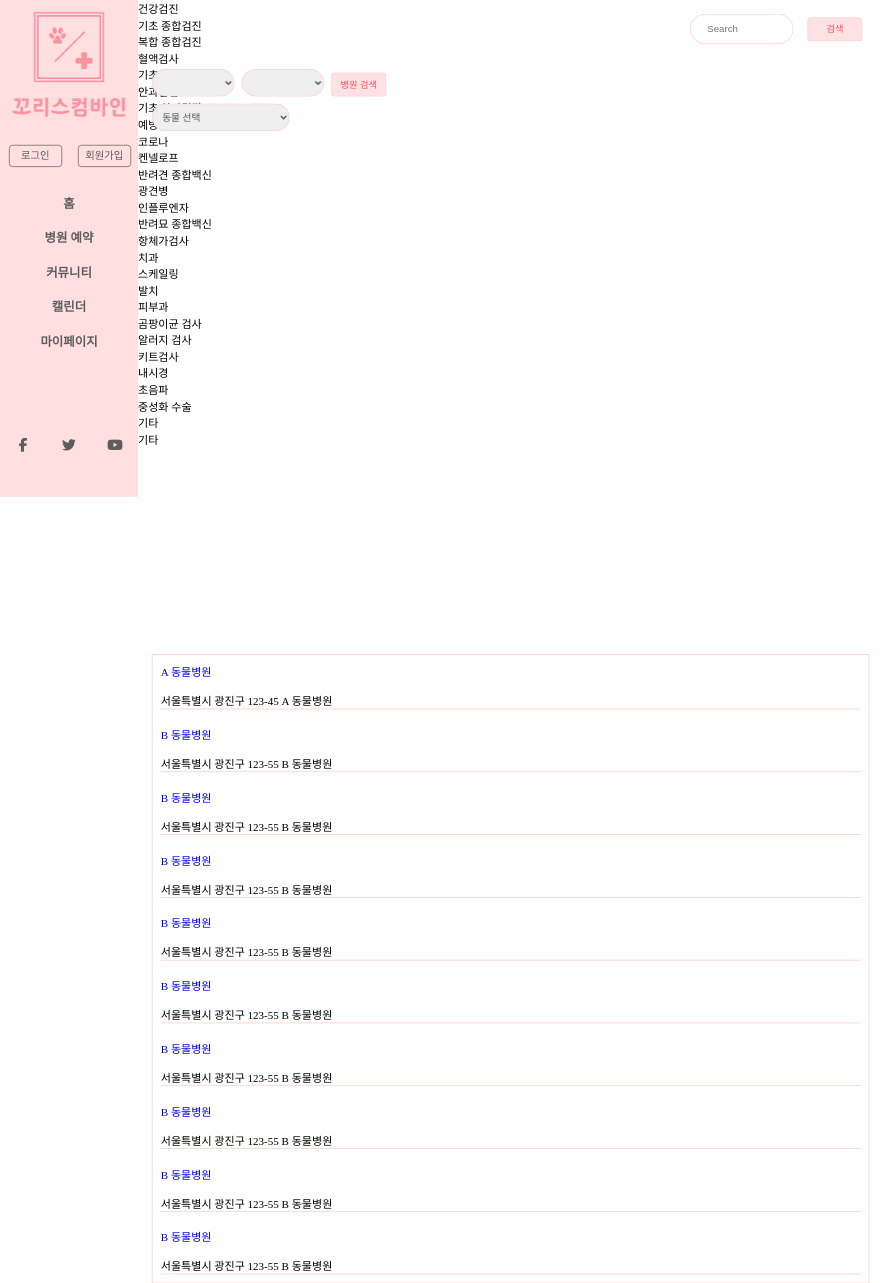
Repository: dodnam/kkoris
Page: http://localhost/1_kkoris/reservation1.jsp
These files come from the project's save history. The page is drawn as it stood at one moment and after the next save; the edit follows.
The browser window is 1280 px wide. The pictures show the whole page, at 69% of full size.
Some web libraries are served in a nearby version. The page is served by Tomcat 9.

Above is the page before, as saved 2020-02-17 01:57:58.
Console error: TypeError: Cannot read properties of undefined (reading 'options')

### 1_kkoris/WebContent/reservation1.jsp
<%@ page language="java" contentType="text/html; charset=UTF-8"
    pageEncoding="UTF-8"%>
<!DOCTYPE html>
<html>
<head>
<meta charset="UTF-8">
<title>Insert title here</title>
<link rel="stylesheet" type="text/css" href="<%= request.getContextPath() %>/css/index.css"/>
<style>
	.search_input{width: 150px; padding: 12px 24px; font-size: 14px; line-height: 18px; color: #575756; background-size: 18px 18px; border-radius: 50px; backface-visibility: hidden; border: 1px solid #ffc6c9;position: fixed; right:130px; top: 20px; outline:none;}
   .search_box1{line-height: 30px; text-align: center; background-color: #ffe3e4; color:#ff4e59;border: 1px solid #fcc6c9; border-radius: 5px; width: 80px; height: 35px;  position: fixed;right: 30px; top: 25px; outline:none;}
   	#city{width: 120px; padding: 10px; font-size: 14px; line-height: 18px; color: #575756;background-size: 18px 10px; border-radius: 50px; border: 1px solid #ffc6c9;position: fixed; top: 100px; left:220px; outline:none;}
   	#gugun{width: 120px; padding: 10px; font-size: 14px; line-height: 18px; color: #575756;background-size: 18px 10px; border-radius: 50px; border: 1px solid #ffc6c9;position: fixed; top: 100px; left: 350px; outline:none;}
   	.search_box2{line-height: 30px; text-align: center; background-color: #ffe3e4; color:#ff4e59;border: 1px solid #fcc6c9; border-radius: 5px; width: 80px; height: 35px;  position: fixed;left: 480px; top: 105px; outline:none;}
   	.search_animal{width: 200px; padding: 10px; font-size: 14px; line-height: 18px; color: #575756;background-size: 18px 10px; border-radius: 50px; border: 1px solid #ffc6c9;position: fixed; top: 150px; left:220px; outline:none;}
   	.medical_departments{width: 200px; padding: 10px; font-size: 14px; line-height: 18px; color: #575756;background-size: 18px 10px; border-radius: 50px; border: 1px solid #ffc6c9;position: fixed; top: 200px; left:220px; outline:none;}
   	.hospital_list{border:1px solid #ffc6c9; overflow: auto; left:220px; right: 20px; bottom:50px;margin-top:300px; margin-left:20px; margin-right:20px;}
   	.hospital_list>ul>li{padding:12px;}
   	.hospital_list>ul>li::after{content: ''; display:block; border-bottom: 1px solid #ffc6c9; width:100%;}
</style>
	<script type="text/javascript">

		   // 지역 선택

		   var f_selbox = ["서울특별시","인천광역시","대전광역시","광주광역시","대구광역시","울산광역시","부산광역시","경기도","강원도","충청북도","충청남도","전라북도","전라남도","경상북도","경상남도","제주도"];
		   var s_selbox = new Array();
		   s_selbox[0] = ["강남구","강동구","강북구","강서구","관악구","광진구","구로구","금천구","노원구","도봉구","동대문구","동작구","마포구","서대문구","서초구","성동구","성북구","송파구","양천구","영등포구","용산구","은평구","종로구","중구","중랑구"];
		   s_selbox[1] = ["계양구","남구","남동구","동구","부평구","서구","연수구","중구","강화군","옹진군"];
		   s_selbox[2] = ["대덕구","동구","서구","유성구","중구"];
		   s_selbox[3] = ["광산구","남구","동구",     "북구","서구"];
		   s_selbox[4] = ["남구","달서구","동구","북구","서구","수성구","중구","달성군"];
		   s_selbox[5] = ["남구","동구","북구","중구","울주군"];
		   s_selbox[6] = ["강서구","금정구","남구","동구","동래구","부산진구","북구","사상구","사하구","서구","수영구","연제구","영도구","중구","해운대구","기장군"];
		   s_selbox[7] = ["고양시","과천시","광명시","광주시","구리시","군포시","김포시","남양주시","동두천시","부천시","성남시","수원시","시흥시","안산시","안성시","안양시","양주시","오산시","용인시","의왕시","의정부시","이천시","파주시","평택시","포천시","하남시","화성시","가평군","양평군","여주군","연천군"];
		   s_selbox[8] = ["강릉시","동해시","삼척시","속초시","원주시","춘천시","태백시","고성군","양구군","양양군","영월군","인제군","정선군","철원군","평창군","홍천군","화천군","횡성군"];
		   s_selbox[9]= ["제천시","청주시","충주시","괴산군","단양군","보은군","영동군","옥천군","음성군","증평군","진천군","청원군"];
		   s_selbox[10] = ["계룡시","공주시","논산시","보령시","서산시","아산시","천안시","금산군","당진군","부여군","서천군","연기군","예산군","청양군","태안군","홍성군"];
		   s_selbox[11] = ["군산시","김제시","남원시","익산시","전주시","정읍시","고창군","무주군","부안군","순창군","완주군","임실군","장수군","진안군"];
		   s_selbox[12] = ["광양시","나주시","목포시","순천시","여수시","강진군","고흥군","곡성군","구례군","담양군","무안군","보성군","신안군","영광군","영암군","완도군","장성군","장흥군","진도군","함평군","해남군","화순군"];
		   s_selbox[13] = ["경산시","경주시","구미시","김천시","문경시","상주시","안동시","영주시","영천시","포항시","고령군","군위군","봉화군","성주군","영덕군","영양군","예천군","울릉군","울진군","의성군","청도군","청송군","칠곡군"];
		   s_selbox[14] = ["거제시","김해시","마산시","밀양시","사천시","양산시","진주시","진해시","창원시","통영시","거창군","고성군","남해군","산청군","의령군","창녕군","하동군","함안군","함양군","합천군"];
		   s_selbox[15] = ["서귀포시","제주시","남제주군","북제주군"];

 		function init(f){
 			var f_sel = f.first;
 			var s_sel = f.second;

 			f_sel.options[0] = new Option(":: 시/도 ::", "");
 			s_sel.options[0] = new Option(":: 구/군 ::", "");

 			for(var i = 0; i < f_selbox.length; i++){
 				f_sel.options[i+1] = new Option(f_selbox[i], f_selbox[i]);
 			}
 		}
 		function initChange(f){
 			var f_sel = f.first;
 			var s_sel = f.second;

 			var sel = f_sel.selectedIndex;
 			for(var i = s_sel.length; i >= 0; i--){
 				s_sel.options[i] = null;
 			}

 			s_sel.options[0] = new Option(":: 시/도 ::", "");

 			if(sel != 0){
 				for(var i = 0; i < s_selbox[sel-1].length; i++){
 					s_sel.options[i+1] = new Option(s_selbox[sel-1][i], s_selbox[sel-1][i]);
 				}
 			}
 		}

 		// 진료 과목 선택
 		var f_medi = ["건강검진","혈액검사","안과검진","예방접종","치과","피부과","키트검사","내시경","초음파","중성화 수술","기타"];
 		var s_medi = new Array();
 		s_medi[0] = ["기초 종합검진","복합 종합검진"];
 		s_medi[1] = ["기초 혈액검사"];
 		s_medi[2] = ["기초 안과검진"];
 		s_medi[3] = ["코로나","켄넬로프","반려견 종합백신","광견병","인플루엔자","반려묘 종합백신","항체가검사"];
 		s_medi[4] = ["스케일링","발치"];
 		s_medi[5] = ["곰팡이균 검사","알러지 검사"];
 		s_medi[6] = ["심장사상충 검사"];
 		s_medi[7] = ["위 내시경"];
 		s_medi[8] = ["초음파"];
 		s_medi[9] = ["수컷","암컷","잠복고환"];
 		s_medi[10] = ["기타"];

 		</script>

</head>
<body onload = "init(this.form);">
	<%@ include file="views/layout.jsp" %>

	<div class="container">
		<div>
			<input class="search_input" type="search" placeholder="Search">
			<button class="search_box1">검색</button>
		</div>
		<form name="form">
			<select id="city" onchange="initChange(this.form);"></select>
			<select id="gugun"></select>
		</form>
		<div >
			<button class="search_box2">병원 검색</button>
		</div>
		<div>
			<select class="search_animal">
				<option>동물 선택</option>
				<option>동물 선택</option>
				<option>동물 선택</option>
			</select>
		</div>
		<div>
			<ul>
				<li>건강검진
					<ul>
						<li>기초 종합검진</li>
						<li>복합 종합검진</li>
					</ul>
				</li>
				<li>혈액검사
					<ul>
						<li>기초 혈액검사</li>
					</ul>
				</li>
				<li>안과검진
					<ul>
						<li>기초 안과검진</li>
					</ul>
				</li>
				<li>예방접종
					<ul>
						<li>코로나</li>
						<li>켄넬로프</li>
						<li>반려견 종합백신</li>
						<li>광견병</li>
						<li>인플루엔자</li>
						<li>반려묘 종합백신</li>
						<li>항체가검사</li>
					</ul>
				</li>
				<li>치과
					<ul>
						<li>스케일링</li>
						<li>발치</li>
					</ul>
				</li>
				<li>피부과
					<ul>
						<li>곰팡이균 검사</li>
						<li>알러지 검사</li>
					</ul>
				</li>
				<li>키트검사
					<ul>
						<li></li>
					</ul>
				</li>
				<li>내시경
					<ul>
						<li></li>
					</ul>
				</li>
				<li>초음파
					<ul>
						<li></li>
					</ul>
				</li>
				<li>중성화 수술
					<ul>
						<li></li>
					</ul>
				</li>
				<li>기타
					<ul>
						<li>기타</li>
					</ul>
				</li>
			</ul>
		</div>
		<div class="hospital_list">
			<ul>
				<li>
					<a href="#">
						A 동물병원
					</a><br><br>
					서울특별시 광진구 123-45 A 동물병원
				</li>
				<li>
					<a href="#">
						B 동물병원
					</a><br><br>
					서울특별시 광진구 123-55 B 동물병원<br>
				</li>
				<li>
					<a href="#">
						B 동물병원
					</a><br><br>
					서울특별시 광진구 123-55 B 동물병원<br>
				</li>
				<li>
					<a href="#">
						B 동물병원
					</a><br><br>
					서울특별시 광진구 123-55 B 동물병원<br>
				</li>
				<li>
					<a href="#">
						B 동물병원
					</a><br><br>
					서울특별시 광진구 123-55 B 동물병원<br>
				</li>
				<li>
					<a href="#">
						B 동물병원
					</a><br><br>
					서울특별시 광진구 123-55 B 동물병원<br>
				</li>
				<li>
					<a href="#">
						B 동물병원
					</a><br><br>
					서울특별시 광진구 123-55 B 동물병원<br>
				</li>
				<li>
					<a href="#">
						B 동물병원
					</a><br><br>
					서울특별시 광진구 123-55 B 동물병원<br>
				</li>
				<li>
					<a href="#">
						B 동물병원
					</a><br><br>
					서울특별시 광진구 123-55 B 동물병원<br>
				</li>
				<li>
					<a href="#">
						B 동물병원
					</a><br><br>
					서울특별시 광진구 123-55 B 동물병원<br>
				</li>
			</ul>
		</div>

	</div>
</body>
</html>

### 1_kkoris/WebContent/views/layout.jsp
<%@ page language="java" contentType="text/html; charset=UTF-8"
    pageEncoding="UTF-8"%>
<!DOCTYPE html>
<html>
<head>
<meta charset="UTF-8">
<title>Insert title here</title>
<link href="https://fonts.googleapis.com/css?family=Noto+Sans+KR&display=swap" rel="stylesheet">
<script src="https://kit.fontawesome.com/18fd811fa1.js" crossorigin="anonymous"></script> <!-- sns아이콘 -->
<link rel="stylesheet" type="text/css" href="<%= request.getContextPath() %>/css/layout.css"/> <!-- 작성할 css를 연결 -->
</head>
<body>
	<header><!-- 헤더 -->
		<h1 class="logo"></h1>
		<nav>
      		<div class="login">
	        	<div><a href="#">로그인</a></div>
	        	<div><a href="#">회원가입</a></div>
	      	</div>
	      	<ul id="navigator">
	        	<li id="nav-home">
	         		<a href="#"><span>홈</span></a>
	         	</li>
	         	<li id="nav-hospital">
	         		<span>병원 예약</span>
         			<ul class="nav2-hospital" id="nav2-hospital">
         				<li><a href="#">병원 검색</a></li>
	         			<li><a href="#">예약 확인</a></li>
	         			<li><a href="#">병원 후기</a></li>
         			</ul>
	         	</li>
	         	<li id="nav-community">
	         		<span>커뮤니티</span>
         			<ul class="nav2-community" id="nav2-community">
	         			<li><a href="#">공지사항</a></li>
	         			<li><a href="#">후기 모아보기</a></li>
	         			<li><a href="#">지식 공유</a></li>
         			</ul>
	         	</li>
	         	<li id="nav-calendar">
	         		<a href="#"><span>캘린더</span></a>
	         	</li>
	         	<li id="nav-mypage">
	         		<span>마이페이지</span>
	         		<ul class="nav2-mypage" id="nav2-mypage">
		         		<li><a href="#">내 정보</a></li>
		         		<li><a href="#">예약 조회</a></li>
		         		<li><a href="#">포인트샵</a></li>
		         		<li><a href="#">내가 쓴 글 조회</a></li>
	         		</ul>
	         	</li>
	      	</ul>
		<dl>
	    	<dt class="blind">sns</dt>
	        <dd><a href="#"><i class="fab fa-facebook-f"></i></a></dd>
	        <dd><a href="#"><i class="fab fa-twitter"></i></a></dd>
	        <dd><a href="#"><i class="fab fa-youtube"></i></a></dd>
		</dl>
		</nav>
	</header>
	<footer></footer>
</body>
</html>

### 1_kkoris/WebContent/css/index.css
@charset "UTF-8";
/* 컨테이너 */
div.container{position: absolute; top:0; left:0; padding-left:200px; height:100%; width:100%; box-sizing:border-box;}
/* 섹션이 현재 1개이기 때문에 100% 2개면 200%, 3개면 300% */
/* 참고	section:nth-of-type(1) {section 중 첫번째 section에 접근} */
section.main {position:relative; height:100%; width:100%; background: url(../images/main-bg.jpg) no-repeat center center; background-size: contain;}
section.main > article.quickMenu > ul {position: absolute; top:calc(50% - 50px); left:calc(50% - 25%); width: 50%; height: 100px; display: flex;}
section.main > article.quickMenu {position: relative; width: 100%; height: 100%; background: rgba(0, 0, 0, 0.2);}
section.main > article.quickMenu > ul > li {width: 25%; height:100px;}
section.main > article.quickMenu > ul > li > a {color: #5d5d5d; display:block; font-size: 5em; text-align:center;}
section.main > article.quickMenu > ul > li > a > span {display: block; font-size: 15px;}
section.main > article.quickMenu > ul > li > a:hover {color: #fb929e;}

### 1_kkoris/WebContent/css/layout.css
@charset "UTF-8";
* {margin: 0; padding: 0;}
html, body {width: 100%;height: 100%}
table{border-collapse: collapse;}
img,fieldset{border: none;}
address,caption,cite,code,em,strong,th{font-style: normal;font-weight: normal;}
ol,ul{list-style: none;}
capthion,th{text-align: left;}
h1,h2,h3,h4,h5,h6{font-weight: normal;font-size: 100%;}
q:after,q:before{content: "";}
abbr,acronym{border:none;} /* 축약어 */
img,input,select{vertical-align: middle;}
hr{display: none;}
html,body{width: 100%;height: 100%}
a {text-decoration: none;}
header {position: fixed; width: 200px; height: 100%; background: #ffdfdf; z-index: 30;}
.blind{position: absolute;left: 0;top: 0;width: 0;height: 0;font-size: 0;line-height: 0;text-indent: -9999px;overflow: hidden;visibility: hidden;}
.displaynone{display: none;}

h1.logo {
	text-indent: -9999px; overflow: hidden; width: 180px; height: 180px;
	margin: 10px auto; /* auto는 중앙에 놓음 */
	background: url(../images/logo.png) no-repeat; background-size: contain; /*contain = h1 사이즈에 맞춤*/
}

.login {display: flex; justify-content:space-around; font-size: 15px;}
				/*블락요소로 가로 정렬 함*/
.login > div {width: 75px; height: 30px;} /* 위 아래 마진, 좌 우 마진*/
.login > div > a {display: block; width: 100%; height: 100%; line-height: 30px; text-align: center; border: 1px solid #5d5d5d; border-radius: 5px;}
.login > div > a:hover {color: #fb929e; border: none; background: #fff6f6; font-weight: 600}

/* 메뉴바 */
nav {margin-top: 20px;}
nav * {color: #5d5d5d;}
nav > ul {margin-top: 30px; text-align: center;}
nav > ul > li {width: 100%;}
nav > ul > li:hover {background: #fff6f6;}
nav > ul > li span {display:block; width: 100%; height: 100%; line-height: 50px; font-size: 18px; font-weight: 600; border-radius: 10px; cursor: pointer;}
nav > ul > li span:hover {color: #fb929e;}

nav > ul > li > ul[class^=nav2] {display: none;}
nav > ul > li > ul[class^=nav2] > li > a {display: block; line-height: 40px; font-size: 16px;}
nav > ul > li > ul[class^=nav2] > li > a:hover {color: #fb929e; font-weight: 600;}

nav > ul > li:hover > ul[class^=nav2] {display: block;}

/* sns */
nav > dl {position:absolute; bottom:50px; width:100%; height:50px; display:flex; justify-content:space-around;}
nav > dl > dd {width:50px; text-align:center;}
nav > dl > dd > a {display: block; width: 100%; height:100%; font-size:20px; line-height:50px; transition:all 0.2s ease 0s;}
nav > dl > dd > a:hover {font-size:25px;}

After the next save:
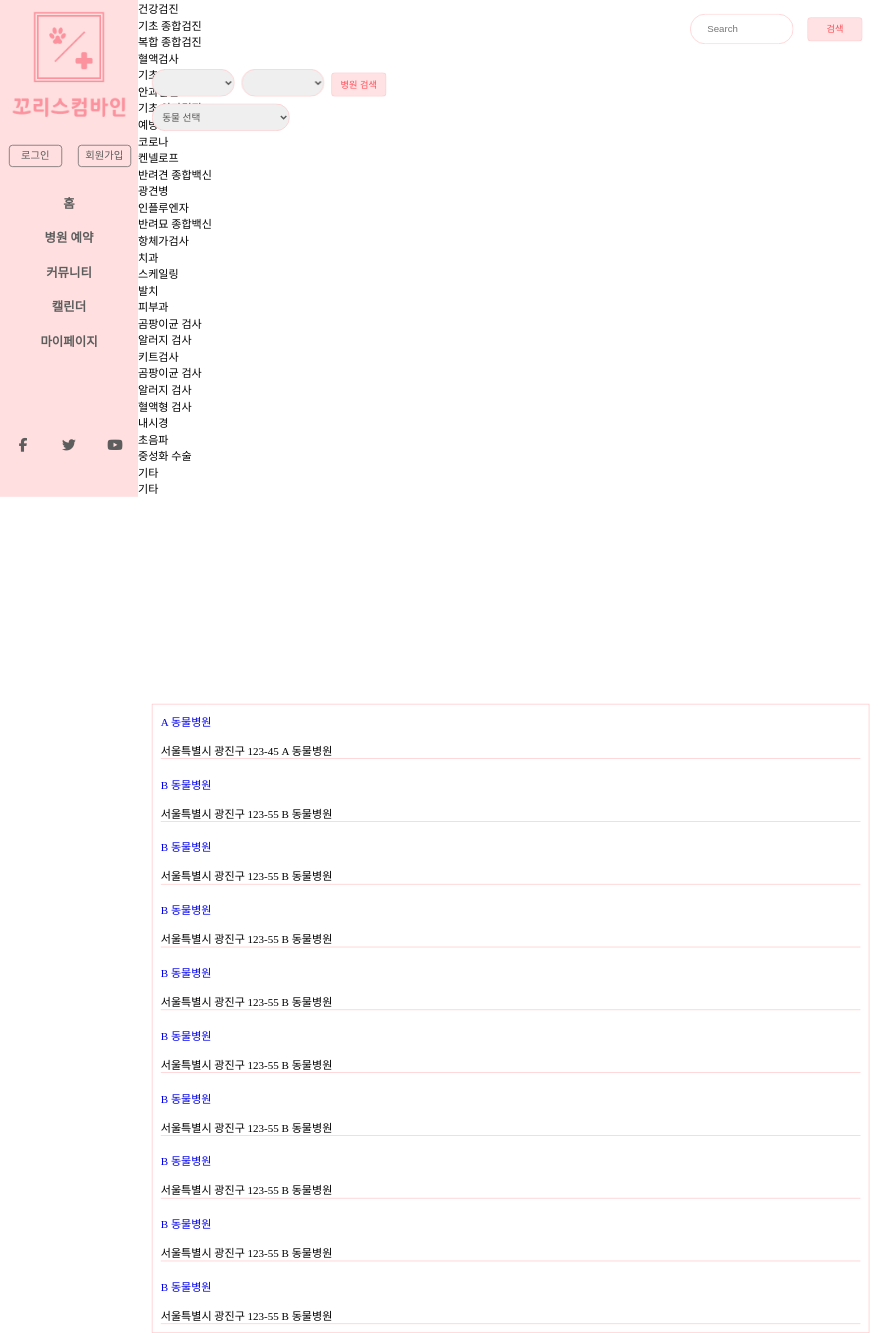
Saved 15 s later.
--- a/1_kkoris/WebContent/reservation1.jsp
+++ b/1_kkoris/WebContent/reservation1.jsp
@@ -153,7 +153,9 @@
 				</li>
 				<li>키트검사
 					<ul>
-						<li></li>
+						<li>곰팡이균 검사</li>
+						<li>알러지 검사</li>
+						<li>혈액형 검사</li>
 					</ul>
 				</li>
 				<li>내시경
